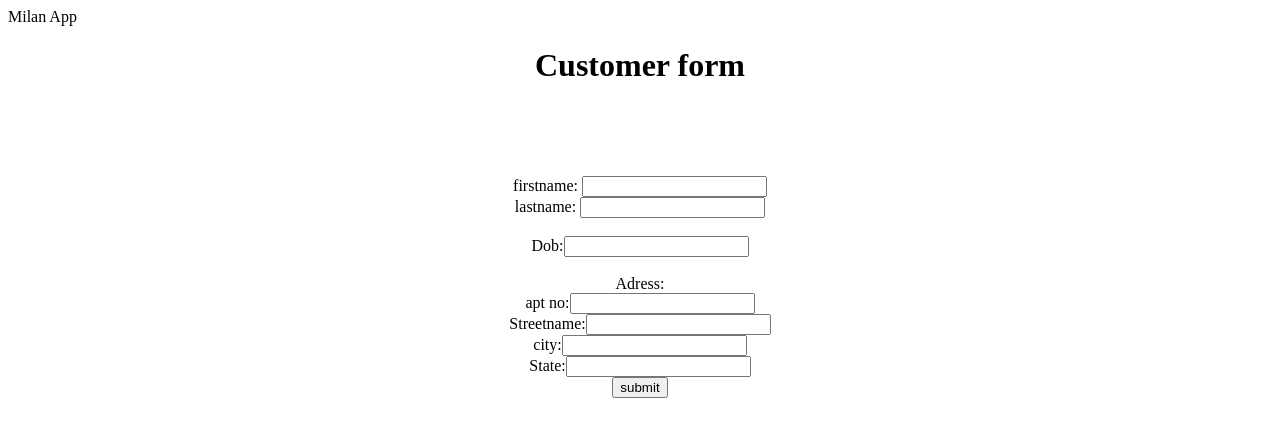
Repository: srinivaskommu/java-training
Page: milan-app/src/main/webapp/index.html
The author's editor kept a copy of each file at every save. The page is drawn from the files as they stood at one save, then again after the next save.
The browser window is 1280 px wide. The pictures show the whole page.

Above is the page before, as saved 2015-07-25 04:14:10.

### milan-app/src/main/webapp/index.html
<!DOCTYPE html>
<html>
<head>
<meta charset="UTF-8">
<title>Milan App</title>
</head>
<body>
Milan App

<form action="/hello">

		<h1 style="text-align: center">Customer form</h1>
		<br>
		<br>
		<br>

		<p style="text-align: center">
			firstname: <input type="text" name="firstname" />
			<br> lastname:
			<input type="text" name="lastname"><br>
			<br> Dob:<input type="text" name="Dob"><br>
			<br> Adress:<br> apt no:<input type"text" name="aptno"><br>
			Streetname:<input type "text" name="Streetname"><br>
			city:<input type "text" name="city"><br> State:<input
				type"text" name="State"><br>
		 <input type="submit"
				value="submit" onclick="form.action='Welcome.jsp';">
		</p>
	</form>



</body>
</html>

After the next save:
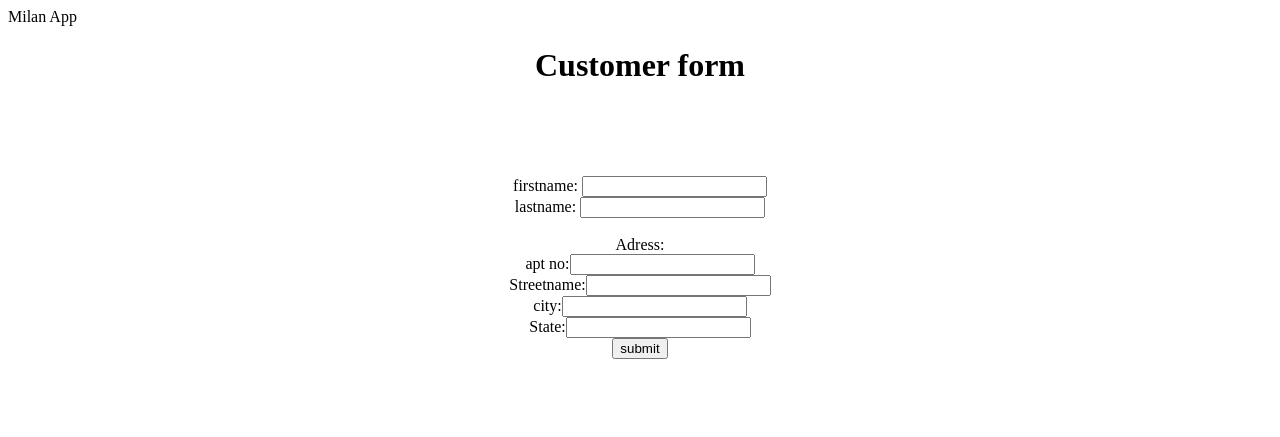
Saved 8 s later.
--- a/milan-app/src/main/webapp/index.html
+++ b/milan-app/src/main/webapp/index.html
@@ -18,7 +18,6 @@ Milan App
 			firstname: <input type="text" name="firstname" />
 			<br> lastname:
 			<input type="text" name="lastname"><br>
-			<br> Dob:<input type="text" name="Dob"><br>
 			<br> Adress:<br> apt no:<input type"text" name="aptno"><br>
 			Streetname:<input type "text" name="Streetname"><br>
 			city:<input type "text" name="city"><br> State:<input
